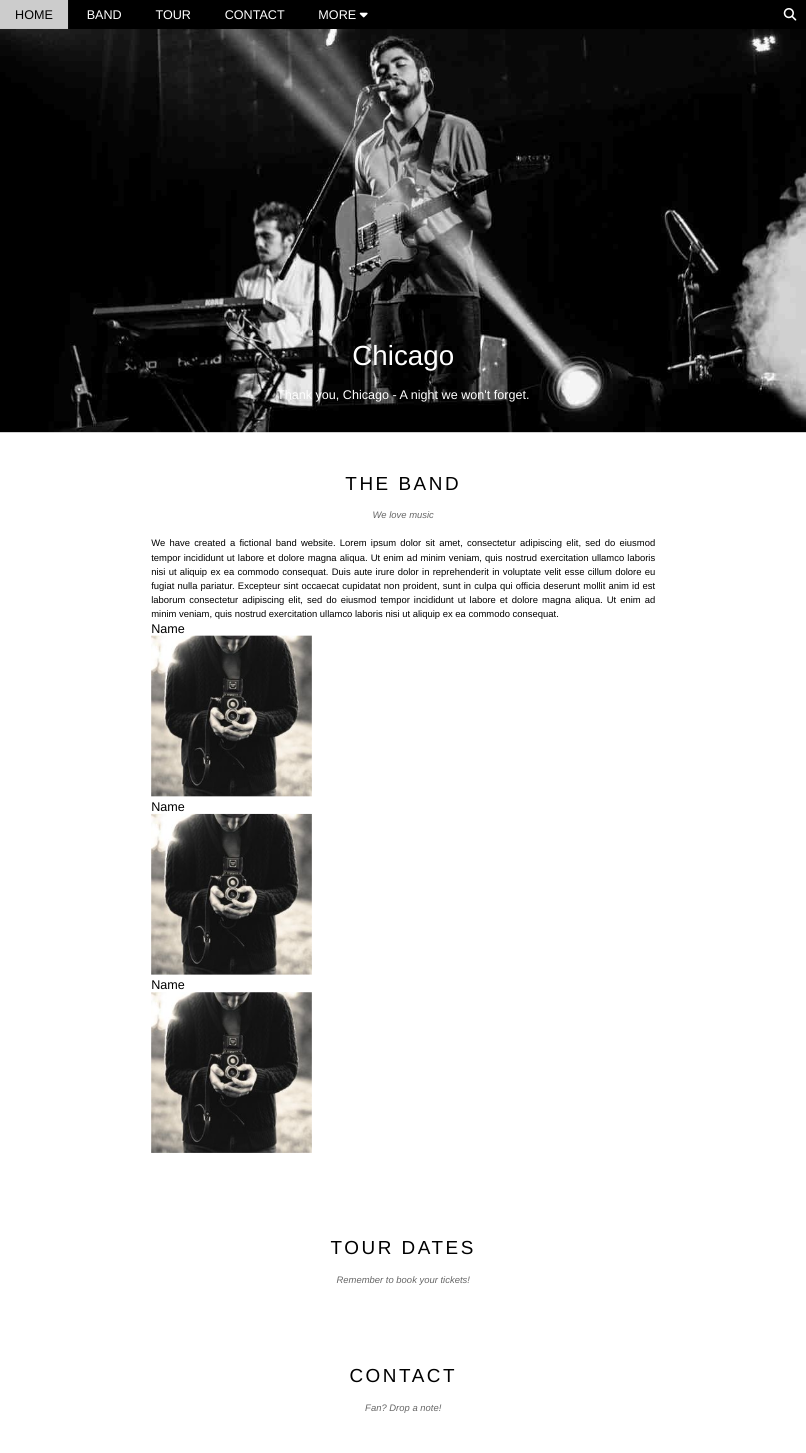
Repository: nugort/nugort.github.io
Page: f8/the-band/index.html
These files come from the project's save history. The page is drawn as it stood at one moment and after the next save; the edit follows.
The browser window is 1280 px wide. The pictures show the whole page, at 63% of full size.
Some web libraries are served in a nearby version.

Above is the page before, as saved 2022-02-08 03:50:02.

### f8/the-band/index.html
<!DOCTYPE html>
<html lang="en">

<head>
    <meta charset="UTF-8">
    <meta http-equiv="X-UA-Compatible" content="IE=edge">
    <meta name="viewport" content="width=device-width, initial-scale=1.0">
    <title>Document</title>
    <script src="https://kit.fontawesome.com/28e152e343.js" crossorigin="anonymous"></script>
    <link rel="stylesheet" href="./assets/css/styles.css">
</head>

<body>
    <div id="main">
        <!-- Header -->
        <div id="header">

            <!-- Navigation -->
            <ul id="nav">
                <li>
                    <a href="#">Home</a>
                </li>

                <li>
                    <a href="#">Band</a>
                </li>

                <li>
                    <a href="#">Tour</a>
                </li>

                <li>
                    <a href="#">Contact</a>
                </li>

                <li>
                    <a href="#">More <i class="fas fa-caret-down"></i></a>
                    <ul class="subnav">
                        <li>
                            <a href="#">Merchandise</a>
                        </li>

                        <li>
                            <a href="#">Extras</a>
                        </li>

                        <li>
                            <a href="#">Media</a>
                        </li>
                    </ul>
                </li>
            </ul>

            <!-- Search -->
            <div class="nav-search">
                <a href="#"><i class="nav-search-icon fas fa-search"></i></a>
            </div>
        </div>

        <!-- Slider -->
        <div id="slider">
            <div class="slider-text">
                <h3 class="slider-text-title">
                    Chicago
                </h3>
                <p class="slider-text-dsc">
                    Thank you, Chicago - A night we won't forget.
                </p>
            </div>
        </div>

        <!-- Content -->
        <div id="content">
            <!-- About -->
            <div class="content-section">
                <h2 class="content-section-title">
                    The Band
                </h2>
                <p class="content-section-slogan">
                    We love music
                </p>
                <p class="about-content-section content">We have created a fictional band website. Lorem ipsum dolor sit
                    amet, consectetur adipiscing elit, sed do eiusmod tempor incididunt ut labore et dolore magna
                    aliqua. Ut enim ad minim veniam, quis nostrud exercitation ullamco laboris nisi ut aliquip ex ea
                    commodo consequat. Duis aute irure dolor in reprehenderit in voluptate velit esse cillum dolore eu
                    fugiat nulla pariatur. Excepteur sint occaecat cupidatat non proident, sunt in culpa qui officia
                    deserunt mollit anim id est laborum consectetur adipiscing elit, sed do eiusmod tempor incididunt ut
                    labore et dolore magna aliqua. Ut enim ad minim veniam, quis nostrud exercitation ullamco laboris
                    nisi ut aliquip ex ea commodo consequat.</p>
                <div class="band-members">
                    <div class="member">
                        <p class="member-name">Name</p>
                        <img src="./assets/img/band-members/bandmember.jpg" alt="Name" class="member-avt">
                    </div>

                    <div class="member">
                        <p class="member-name">Name</p>
                        <img src="./assets/img/band-members/bandmember.jpg" alt="Name" class="member-avt">
                    </div>

                    <div class="member">
                        <p class="member-name">Name</p>
                        <img src="./assets/img/band-members/bandmember.jpg" alt="Name" class="member-avt">
                    </div>
                </div>
            </div>

            <!-- Tour -->
            <div class="content-section">
                <h2 class="content-section-title">
                    TOUR DATES
                </h2>
                <p class="content-section-slogan">
                    Remember to book your tickets!
                </p>
            </div>

            <!-- Contact -->
            <div class="content-section">
                <h2 class="content-section-title">
                    CONTACT
                </h2>
                <p class="content-section-slogan">
                    Fan? Drop a note!
                </p>
            </div>
        </div>

        <div id="footer">

        </div>
    </div>
</body>

</html>

### f8/the-band/assets/css/styles.css
/* 3 kiểu dùng css
- inline (phèn)
- internal (cũng phèn)
-external (đúng đúng đúng) */

/* Các đơn vị hay dùng
* Absolute units
- px
- pt
- cm
- mm
- inch
- picture

* Relative units
- %
- rem (bằng kích cỡ chữ của thẻ html - mặc định là 16px)
- em  (bằng kích cỡ chữ của thẻ cha chứa nó gần nhất có set font-size)
- vw (chiều rộng bằng chiều ngang của màn hình hiển thị)
- vh (chiều cao bằng chiều dọc của màn hình hiển thị) */

/* Hàm trong css
- var(): gọi biến vào
- linearGradient()
- rgba()
- rgb
- calc(): tính toán
- attr() */

/* Pseudo-classes (lớp giả) */

:root {
    --text-color: #FFFFFF;
    --background-color: #00171F;
    --button-color: #003459;
    --other-color: #007EA7;
    --button-2nd-color: #00A8E8;
    --nav-heigh: 46px;
}  /* Đặt biến giống trong ngôn ngữ lập trình khác thôi =))) */

* {
    box-sizing: border-box;
    margin: 0;
    padding: 0;
} /* reset css */

html {
    font-family: Helvetica, sans-serif;
    font-size: 20px;
}
/*
Chọn cùng lúc nhiều Class, ID đưa qua css
Bôi đen điểm chung -> CTRL +  SHIFT + L -> Mũi tên qua phải ( > ) -> CTRL + SHIFT + ( > ) -> CTRL + C
-> Qua file css paste -> ALT + CLICK  -> # -> CTRL + ( > ) -> {}
 */

/*
1. Làm từ ngoài vào trong
2. Làm từ trên xuống dưới
3. Từ tổng quan đến chi tiết
*/

/*
1. Vị trí (Vị trí các phần; Header, Content, ...)
2. Kích thước
3. Màu sắc
4. Styles (Fonts chữ, tròn, vuông, ...)
*/

/*
Chiếc web này gồm
1. Header (Done)
    1.1. Navigation (Done)
    1.2. Search button  (Done)
2. Slider (Done)
3. Content
    3.1. About
    3.2. Tour
    3.3. Contact
    3.4. Img
4. Footer
*/

#main{

}

#header{
    position: fixed;
    top: 0px;
    left: 0px;
    right: 0px;
    background-color: black;
    height: var(--nav-heigh);
    z-index: 1;
}

#nav {
    display: inline-block;
}

#nav, .subnav {
    list-style-type: none;
}

#nav > li {
    display: inline-block;
}

#nav  li {
    position: relative;
}

#nav > li > a {
    color: #FFFFFF;
    text-transform: uppercase;
}

#nav li a {
    text-decoration: none;
    line-height: var(--nav-heigh);
    padding: 0px 24px;
    /* padding: 12px 24px; */
}

#nav > li:hover .subnav {
    display: block;
}

#nav > li:hover > a {
    display: inline-block;
    color: #000;
    background-color: #CCC;
}

#nav .subnav {
    display: none;
    position: absolute;
    top: 100%;
    left: 0px;
    background-color: #FFF;
    color: #000;
    box-shadow: 0 0 10px rgba(0, 0, 0, 0.3);
}

#nav .subnav a {
    display: block;
    color: #000;
    min-width: 160px;
    padding: 0px 12px;
    line-height: 38px ;
}

#nav .subnav li:hover a {
    color: #000;
    background-color: #CCC;
}

#header .nav-search {
    display: inline-block;
    float: right;
    line-height: var(--nav-heigh);
    padding: 0px 16px ;
}

#header .nav-search a {
    color: #FFF;
}

#header .nav-search:hover {
    background-color: #F44336 !important;
    cursor: pointer;
}

#slider {
    /* background-color: #CCC;
    height: 1000px; */
    position: relative;
    margin-top: var(--nav-heigh);
    padding-top: 50%;
    background: url('/the-band/assets/img/slider-1/chicago.jpg') top center / cover, no-repeat;
    /* https://youtu.be/BmkVXoKoqVA?t=640 */
}

#slider .slider-text{
    color: #FFF;
    position: absolute;
    bottom: 48px;
    /* left: 50%;
    transform: translateX(-50%); */

    /* left: 0px;
    right: 0px; */

    width: 100%;
    text-align: center;
}

#slider .slider-text-title{
    font-size: 220%;
    font-weight: 500;
    font-style: 24px;
    margin-bottom: 25px;
}

#slider .slider-text-dsc{
    font-style: 15px;
}


#content {

}

#content .content-section {
    width: 800px;
    margin: auto;
    padding: 64px 0px;
}

#content .content-section-title {
    font-weight: 500;
    font-size: 30px;
    text-transform: uppercase;
    letter-spacing: 4px;

}

#content .content-section-slogan {
    font-style: italic;
    font-size: 15px;
    margin-top: 25px;
    opacity: 0.6;
}

#content .about-content-section.content {
    font-size: 15px;
    margin-top: 25px;
    text-align: justify;
    line-height: 1.5;
}

#content .content-section-title,
#content .content-section-slogan {
    text-align: center;
}
#footer {

}

After the next save:
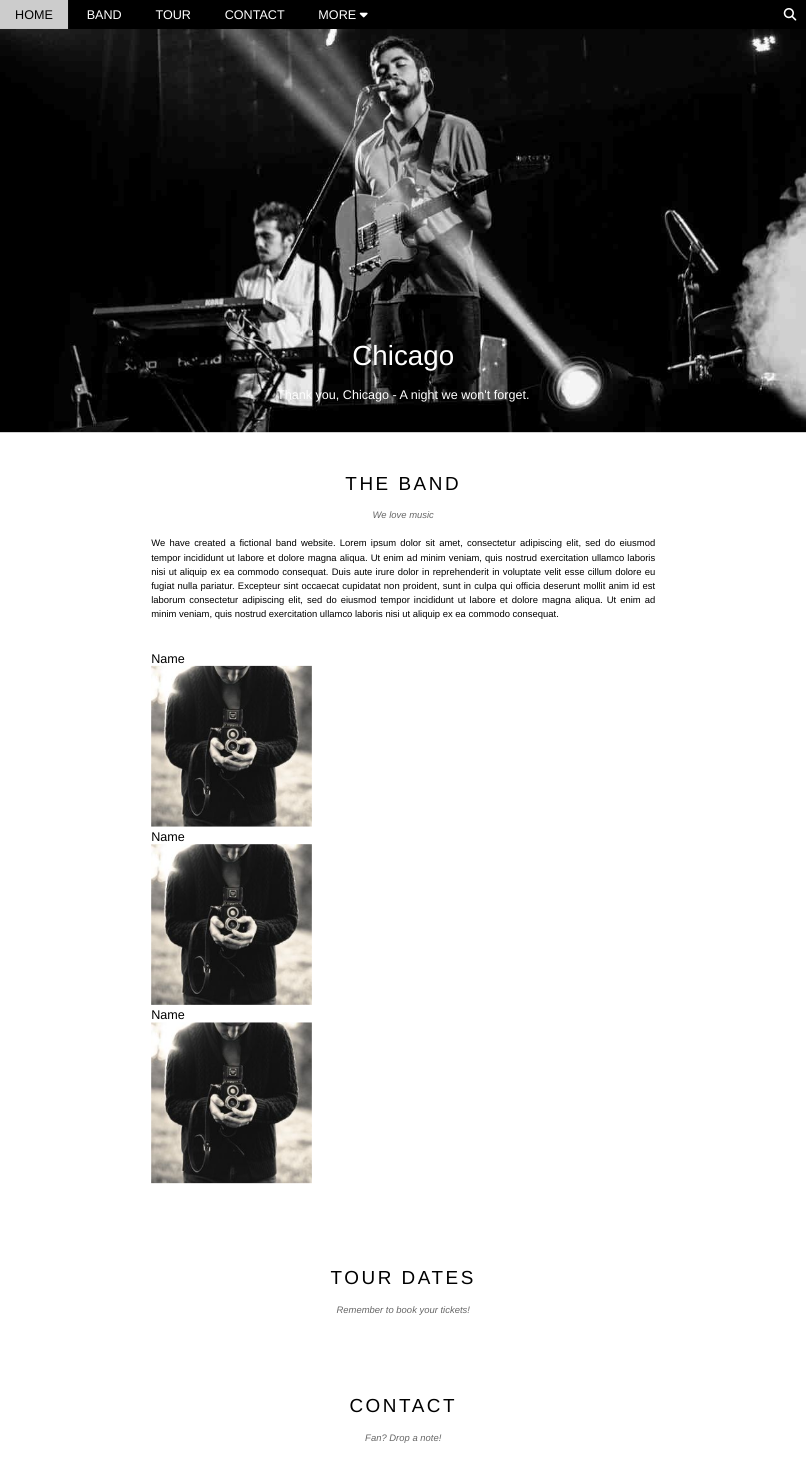
Saved 2 min 58 s later.
--- a/f8/the-band/assets/css/styles.css
+++ b/f8/the-band/assets/css/styles.css
@@ -244,6 +244,11 @@ Chiếc web này gồm
 #content .content-section-slogan {
     text-align: center;
 }
+
+#content .band-members{
+    margin-top: 48px;
+}
+
 #footer {
 
 }
